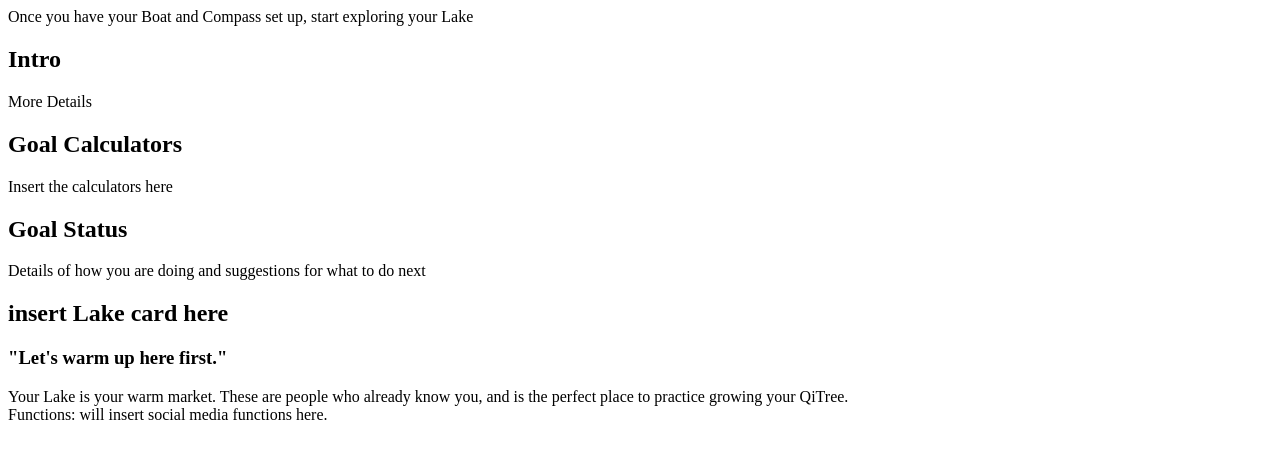
Repository: DevZubair/ionic-test
Page: www/templates/lake.html
The author's editor kept a record of every edit. The page is drawn from the files as they stood at one moment, then again after the next edit.
The browser window is 1280 px wide. The pictures show the whole page.

Above is the page before.

After the next edit:
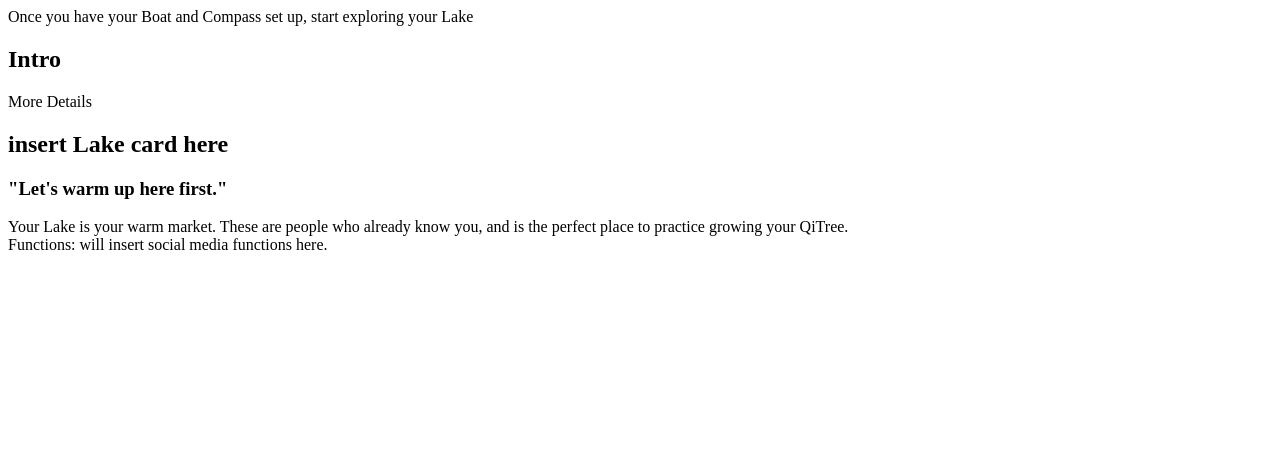
The edit:
--- a/www/templates/lake.html
+++ b/www/templates/lake.html
@@ -10,20 +10,6 @@
       <div class="item item-text-wrap">
         <p>More Details </p>
       </div>
-
-      <div class="item item-divider">
-        <h2>Goal Calculators</h2>
-      </div>
-      <div class="item item-text-wrap">
-        <p>Insert the calculators here </p>
-      </div>
-
-      <div class="item item-divider">
-        <h2>Goal Status</h2>
-      </div>
-      <div class="item item-text-wrap">
-        <p>Details of how you are doing and suggestions for what to do next </p>
-      </div>
     </div>
 
     <h2>insert Lake card here</h2>
